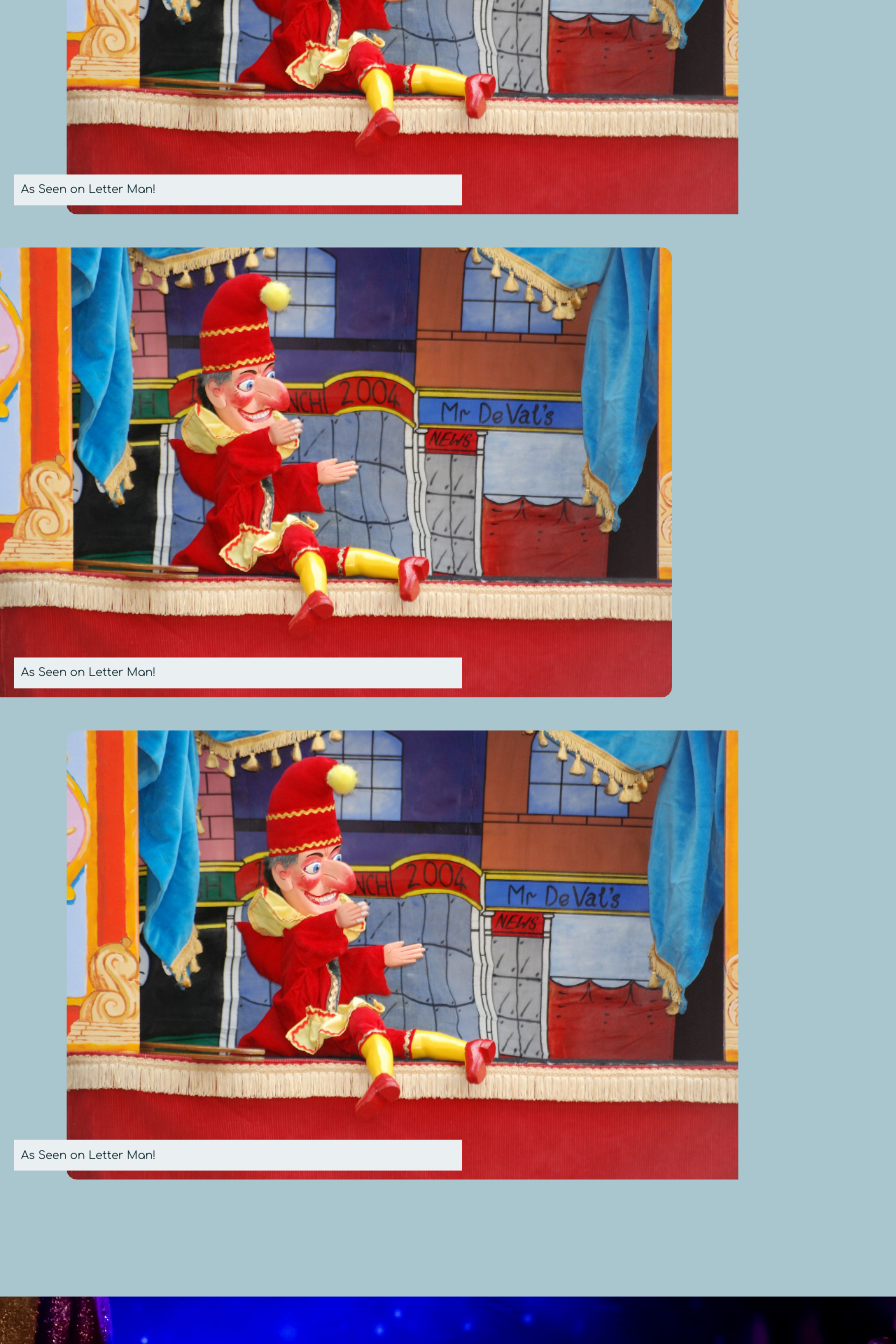
Repository: Sbethm/wink
Page: index.html
These files come from the project's save history. The page is drawn as it stood at one moment and after the next save; the edit follows.
The browser window is 1280 px wide. The pictures show the part of the page from y = 3106 to 5026 px (the page is 5318 px tall), at 70% of full size.
The style sheet was rebuilt from its Sass, Less or Tailwind sources for each picture, by a compiler version that may differ from the author's.

Above is the page before, as saved 2021-08-30 15:49:06.

### index.html
<!DOCTYPE html>
<html lang="en">
<head>
    <meta charset="UTF-8">
    <meta http-equiv="X-UA-Compatible" content="IE=edge">
    <meta name="viewport" content="width=device-width, initial-scale=1.0">
    <link rel="preconnect" href="https://fonts.googleapis.com">
    <link rel="preconnect" href="https://fonts.gstatic.com" crossorigin>
    <link href="https://fonts.googleapis.com/css2?family=Acme&family=Comfortaa:wght@400;500;600;700&family=Indie+Flower&display=swap" rel="stylesheet">
    <!--
        font-family: 'Acme', sans-serif;
        font-family: 'Comfortaa', cursive;
        font-family: 'Indie Flower', cursive;
    -->

    <link rel="stylesheet" href="./CSS/main.css">
    <title>Document</title>
</head>
<body>
    <header id="headerBg">
        <h1 id="logo">Wink</h1>
        <div class="menu--btn">
            <ul class="menu">
                <li class="menu--item">Shows</li>
                <li class="menu--item">Wink</li>
                <li class="menu--item">Calender</li>
                <li class="menu--item">Contact</li>
            </ul>
        </div>
    </header>
    <main>
        <section class="main--slideshow">
            <!--images are set on automatic slide-->
                <img src="./img/img1.jpg" alt="" id="slide--img">
                <img src="./img/img2.jpg" alt="" id="slide--img">
                <img src="./img/img3.jpg" alt="" id="slide--img">
            <div class="slideshow--quote">Comedy for the Whole Family!</div>
        </section>
        <!--SHOWS-
            Description of Wink's shows. What does he do? Who are the shows geared towards? etc.-->
        <section class="event">
            <div class="container container--event">
                <h2 class="heading--center">Events</h2>
                <div class="event--slideshow">
                    <!--each div is set on a swipe slide-->
                    <a href=""><div class="event--retreats event--slide">
                        <p class="event--type">Retreats</p>
                    </div></a>
                    <a href=""><div class="event--schools event--slide">
                        <p class="event--type">Schools</p>
                    </div></a>
                    <a href=""><div class="event--events event--slide">
                        <p class="event--type">Events</p>
                    </div></a>
                </div>
            </div>
        </section>
         <!--WINK-
            Who is Wink? A little about Wink and his past experience as a showman -->
        <section class="wink">
            <div class="container container--wink">
                <h2 class="heading--center">Wink Danenberg</h2>
                <div class="img--container">
                    <img src="./img/img2.jpg" alt="" class="img--set--left">
                </div>
                <p class="text--full--center">
                    …about Wink Danenberg
                    Standing at 6 foot 4… 240 pounds- Wink Danenberg is responsible for the laughter of audiences  across the country. His comedy juggling, unicycling, and audience participation have kept people  entertained and enthralled at countless events, including festivals, comedy clubs, schools, cruise
                    ships, and libraries. His high energy and raw antics are a perfect blend to captivate and amaze  both the audience and himself. Wink Danenberg, a true original, is the only juggler who: offers a  full money back guarantee, can drive a standard with one hand, and has never taken a selfie.
                </p>
            </div>
        </section>
         <!--REFERENCES-
            A section with a link to references for Wink's shows-->
        <section class="references cover">
            <button class="reference--btn">References</button>
        </section>
         <!--EXPERIENCE HIGHLIGHTS-
            A section that shows some of the highlights of his experience-->
        <section class="experience">
            <div class="container container--experience">
                <h2 class="heading--center">Highlights</h2>
                <div class="experience--block">
                    <div class="img--container">
                        <img src="./img/img2.jpg" alt="" class="img--set--right">
                    </div>
                    <p class="text--small--center">As Seen on Letter Man!</p>
                </div>
                <div class="experience--block">
                    <div class="img--container">
                        <img src="./img/img2.jpg" alt="" class="img--set--left">
                    </div>
                    <p class="text--small--center">As Seen on Letter Man!</p>
                </div>
                <div class="experience--block">
                    <div class="img--container">
                        <img src="./img/img2.jpg" alt="" class="img--set--right">
                    </div>
                    <p class="text--small--center">As Seen on Letter Man!</p>
                </div>
            </div>
        </section>
         <!--CONTACT-
            email and (maybe) phone information about how to contact Wink-->
        <section class="contact cover">
            <button class="contact--btn">Contact</button>
        </section>
    </main>
    <footer></footer>
    <script src="./JS/main.js"></script>
</body>
</html>

### JS/main.js
//
const slides = document.querySelectorAll('#slide--img');
const headerBg = document.getElementById('headerBg');
const logo = document.getElementById('logo');

//CHANGING HEADER ON SCROLL
window.onscroll = function() {
    if (window.scrollY > 130) {
        headerBg.style.background = 'none';
        headerBg.style.borderBottom = 'solid 1px aliceblue';
        logo.style.color = 'aliceblue';
    } else {
        headerBg.style.background = 'aliceblue';
        headerBg.style.borderBottom = 'solid 1px rgb(13, 81, 139)';
        logo.style.color = 'rgb(13, 81, 139)';
    }
  }

//INDEX MAIN SLIDESHOW
setInterval(nextImg, 4000);

let currentImg = 0;
slides[currentImg].style.opacity = 1;

function nextImg() {
    slides[currentImg].style.opacity = 0;
    currentImg = (currentImg + 1) % slides.length;
    slides[currentImg].style.opacity = 1;
}

### SCSS/main.scss
@import "./resets", "./variables";


//GENERAL STYLING
body{
    background-color: $bgColor1;
}

section {
    width: 100vw;
    height: fit-content;
    background-color: $bgColor1;
    color: $accentColor1;
    font-family: $mainFont;
    font-size: 1rem;
}

.container {
    margin: 60px 20px;
    padding: 60px 0;
    width: calc(100vw - 40px);
    background-color: $bgColor1;
    border-top: solid 2px $accentColor2;
    border-bottom: solid 2px $accentColor2;
}

.heading--center {
    padding-bottom: 60px;
    width: 100%;
    font-family: $accentFont;
    font-size: 2.5rem;
    text-align: center;
}

a {
    text-decoration: none;
}

p {
    font-family: $mainFont;
    font-size: 1rem;
    line-height: 1.5rem;
}

.img--set--left {
    width: 75vw;
    position: relative;
    left: -20px;
    z-index: 1;
    border-radius: 0 15px 15px 0;
}

.img--set--right {
    width: 75vw;
    position: relative;
    right: -75px;
    z-index: 1;
    border-radius: 15px 0 0 15px;
}

//HEADER AND MAIN SLIDESHOW
header {
    position: fixed;
    top: 0;
    height: 2rem;
    width: 100vw;
    padding: 1rem;
    z-index: 9;
    overflow: hidden;
    background: aliceblue;
    border-bottom: solid 1px rgb(13, 81, 139);
    transition: all 0.50s ease-in;

    & h1 {
        font-family: $accentFont;
        font-size: 2rem;
        color: rgb(13, 81, 139);
        transition: all 0.50s ease-in;
    }
}

.menu--item{
    display: none;
}

.main--slideshow {
    height: 100vh;
    width: 100vw;
    background-color: #000;
}

#slide--img {
    position: absolute;
    top: 0;
    left: 0;
    width: 100%;
    height: 100%;
    object-fit: cover;
    overflow: hidden;
    opacity: 0;
    transition: all 0.75s ease-in;
    z-index: 0;
}

.slideshow--quote {
    position: absolute;
    top: calc(100vh - 75vh);
    width: 100vw;
    font-size: 100px;
    font-family: $headerFont;
    font-weight: 800;
    color: aliceblue;
    text-align: center;
}

//EVENTS
.event{
    padding-top: 20px;
}

.event--slideshow {
    display: flex;
    flex-direction: row;
    overflow: scroll;

    & .event--slide {
        margin: 10px;
        width: 8rem;
        height: 10rem;
        display: grid;
        background-image: url(../img/img1.jpg);
        box-shadow: 10px 5px 5px rgba(100, 100, 100, 0.377);
        grid-template-columns: 100%;
        justify-items: center;
        align-items: center;

        & .event--type {
            padding: 5px;
            width: 75%;
            background-color: $bgColor2;
            font-family: $accentFont;
            color: $accentColor1;
            text-align: center;
        }
    }
}

//ABOUT WINK
.container--wink {
    margin: 0 20px;
    padding: 20px 0;
    border: hidden;
}

.text--full--center {
    position: relative;
    padding: 10px;
    top: -60px;
    z-index: 2;
    background-color: $bgColor2;
}

//REFERENCES and CONTACT
.cover {
    width: 100vw;
    height: 50vh;
    display: flex;
    justify-content: center;
    align-items: center;
    background-image: url(../img/img1.jpg);

    & button {
        width: 10rem;
        height: 4rem;
        font-family: $accentFont;
        font-size: 1.5rem;
        color: $accentColor1;
        background-color: $bgColor2;
        border: hidden;
    }
}

//EXPERIENCE HIGHLIGHTS
.container--experience{
    border-top: hidden;
    border-bottom: hidden;
}

.text--small--center{
    width: 50%;
    padding: 10px;
    position: relative;
    top: -60px;
    z-index: 2;
    background-color: $bgColor2;
}

//CONTACT *see references

### SCSS/_variables.scss
//FONTS
$headerFont: 'Acme', sans-serif;
$accentFont: 'Indie Flower', cursive;
$mainFont: 'Comfortaa', cursive;

//COLORS
// $bgColor1: rgb(207, 184, 169);
// $bgColor2: rgb(241, 237, 234);
// $accentColor1: rgb(53, 33, 19);
// $accentColor2: rgb(83, 50, 27);
$bgColor1: rgb(169, 198, 207);
$bgColor2: rgb(234, 240, 241);
$accentColor1: rgb(19, 43, 53);
$accentColor2: rgb(51, 114, 141);

Loaded but not shown: SCSS/_resets.scss (common file)

After the next save:
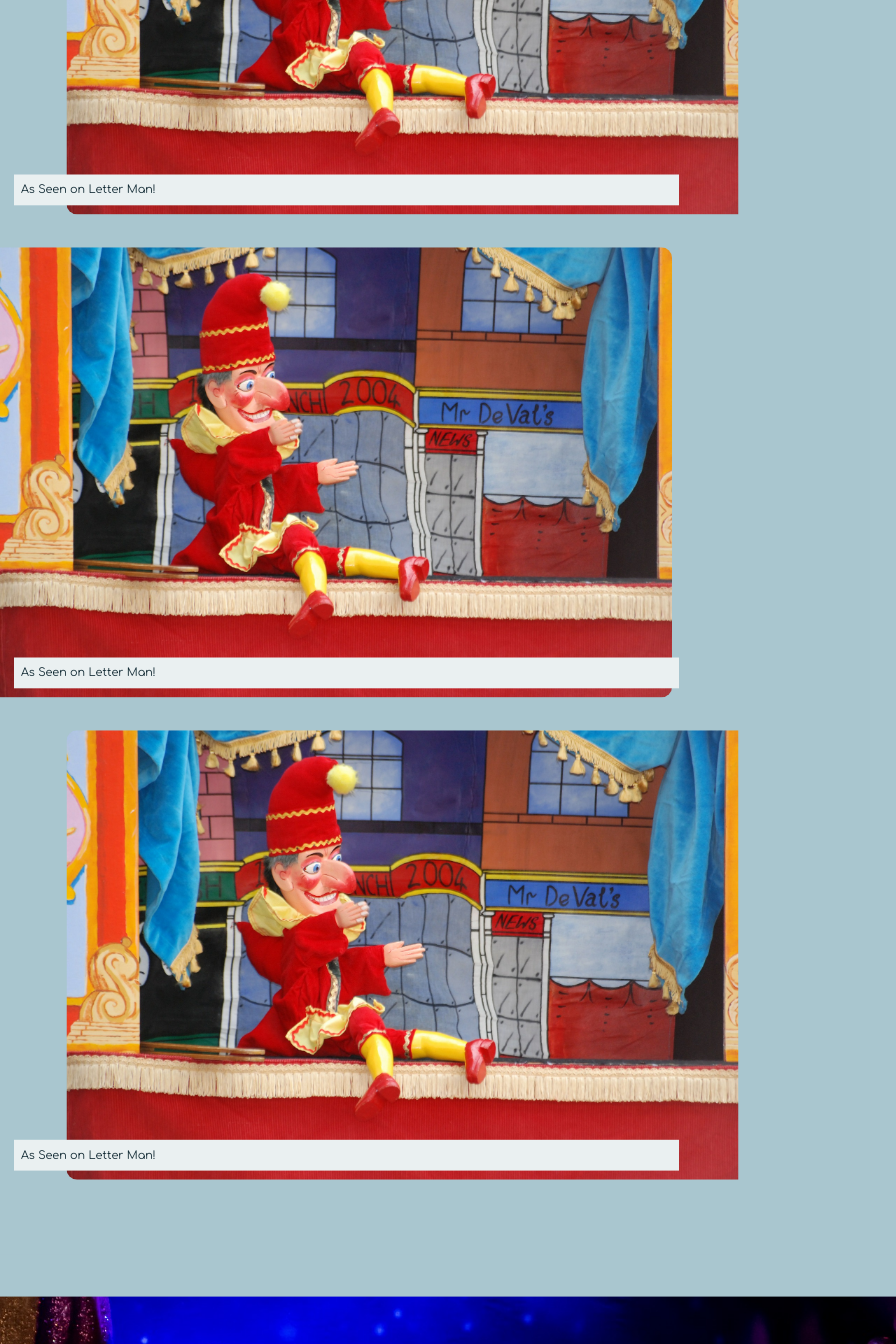
Saved 50 s later.
--- a/SCSS/main.scss
+++ b/SCSS/main.scss
@@ -187,7 +187,7 @@ header {
 }
 
 .text--small--center{
-    width: 50%;
+    width: 75%;
     padding: 10px;
     position: relative;
     top: -60px;
